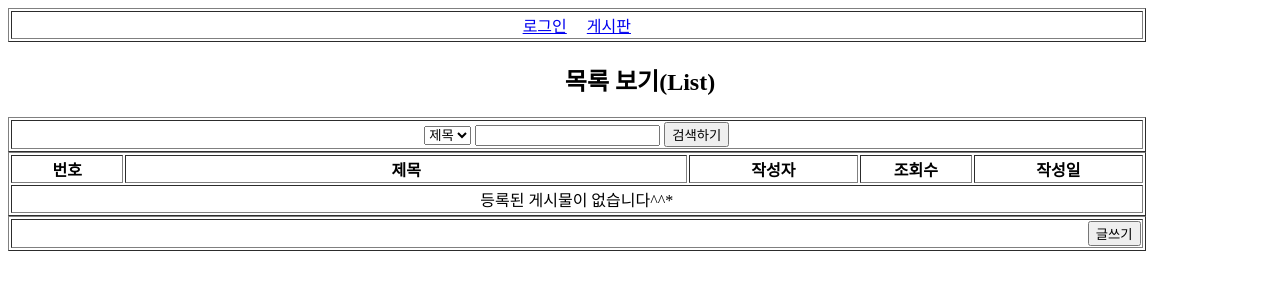
Repository: kimeuiyeob/KOPO_JSP_Study_2
Page: http://localhost/JspStudy/09Board/List.jsp
These files come from the project's save history. The page is drawn as it stood at one moment and after a run of saves; the edit follows.
The browser window is 1280 px wide. The pictures show the whole page.
The page is served by Tomcat 9. Queries for data that is not in the repository find no rows.

Above is the page before, as saved 2023-06-21 23:30:28.

After the next 3 saves:
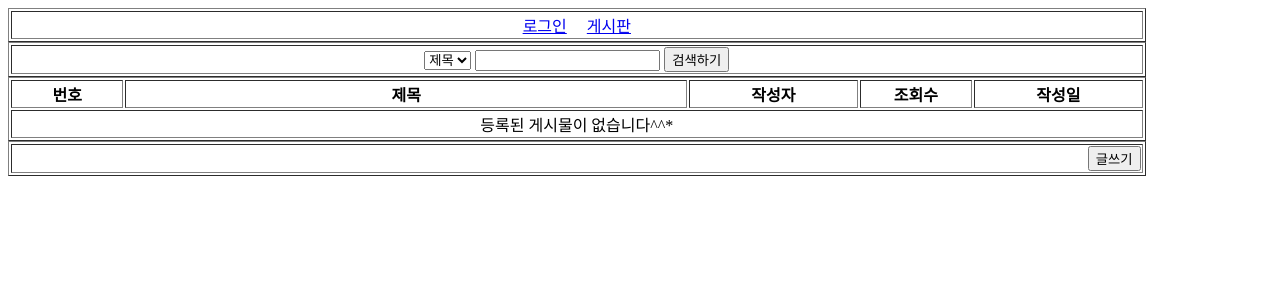
The 3 saves are shown as one change because they came seconds apart.
The last was saved 16 s later.
--- a/JspStudy/src/main/webapp/09Board/List.jsp
+++ b/JspStudy/src/main/webapp/09Board/List.jsp
@@ -27,11 +27,9 @@
 	boardDao.JDBConnecterClose(); //DB 닫기
 	%>
 
+	<!-- 공통 링크 -->
 	<jsp:include page="../07Common/Link.jsp" />
-	<!-- 공통 링크 -->
-	<center>
-		<h2>목록 보기(List)</h2>
-	</center>
+
 	<!-- 검색폼 -->
 	<form method="get">
 		<table border="1" width="90%">
